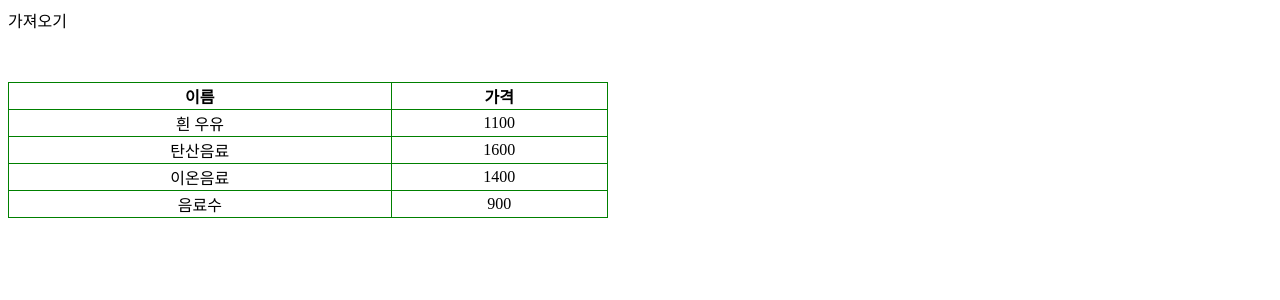
Repository: tjdwlsl/jspstudy
Page: http://localhost/JQuery_Ajax/02_ajax/ex04/ex02.jsp
The author's editor kept a copy of each file at every save. The page is drawn from the files as they stood at one save, then again after the next save.
The browser window is 1280 px wide. The pictures show the whole page.
After loading, the first visible `#btn` was clicked once.
The page is served by Tomcat 9. Other server files are loaded and not shown.

Above is the page before, as saved 2023-07-21 01:44:25.

### JQuery_Ajax/src/main/webapp/02_ajax/ex04/ex02.jsp
<%@ page language="java" contentType="text/html; charset=UTF-8"
    pageEncoding="UTF-8"%>
<!DOCTYPE html>
<html>
<head>
<meta charset="UTF-8">
<title>Insert title here</title>
<style type="text/css">
	table{
		width: 600px; margin-top: 50px; border-collapse: collapse;
	}
	table, th, td{
		border: 1px solid green; text-align: center;
	}
</style>
<%-- jQuery 라이브러리 CDN --%>
<script src="https://ajax.googleapis.com/ajax/libs/jquery/3.7.0/jquery.min.js"></script>
<script type="text/javascript">
$(document).ready(function(){
	$("#btn").on("click", function() {
		//클릭을 하면 계속 추가되는 현상을 방지 => 초기화
		$("#out").empty();
		var table = "<table>";
		table += "<thead><tr><th>이름</th><th>가격</th></tr></thead>";
		table += "<tbody>";

		// jQuery에서 (xml, html, txt) 가져오는 메서드 :.get()
		// jQuery에서 (xml, html, txt) 가져오는 메서드 :.getJSON()
		$.get("data01.xml", function(data) {

			$(data).find("product").each(function() {
				var name = $(this).find("name").text();
				var price = $(this).find("price").text();
				table += "<tr>";
				table += "<td>"+name+"</td>";
				table += "<td>"+price+"</td>";
				table += "</tr>";
			});
		table += "</tbody></table>";
		$("#out").append(table);
		});

	});
});
</script>
</head>
<body>
	<div id="btn">가져오기</div>
	<div id="out"></div>
</body>
</html>

### JQuery_Ajax/src/main/webapp/02_ajax/ex04/data01.xml
<?xml version="1.0" encoding="UTF-8"?>
<!--
	xml : 확장 마크업 언어
		사용자가 태그를 만들어서 사용
		DTD라는 xml문서의 구조 및 해당 문서에서 사용할 수 있는 적법한 요소 및 속성을 정의 한 것
		** xml은 루트 태그가 하나임
 -->
 <products>
 	<product>
 		<name>흰 우유</name>
 		<price>1100</price>
 	</product>
 	<product>
 		<name>탄산음료</name>
 		<price>1600</price>
 	</product>
 	<product>
 		<name>이온음료</name>
 		<price>1400</price>
 	</product>
 	<product>
 		<name>음료수</name>
 		<price>900</price>
 	</product>

 </products>

### JQuery_Ajax/src/main/webapp/02_ajax/ex04/data02.xml
<?xml version="1.0" encoding="UTF-8"?>
<!--
	xml : 확장 마크업 언어
		사용자가 태그를 만들어서 사용
		DTD라는 xml문서의 구조 및 해당 문서에서 사용할 수 있는 적법한 요소 및 속성을 정의 한 것
		** xml은 루트 태그가 하나임
 -->
 <products>
 	<product name="재네시스" count="5" />
 	<product name="카렌스" count="1" />
 	<product name="카니발" count="6" />
 	<product name="카스타" count="7" />
 	<product name="캐스퍼" count="4" />


 </products>

After the next save:
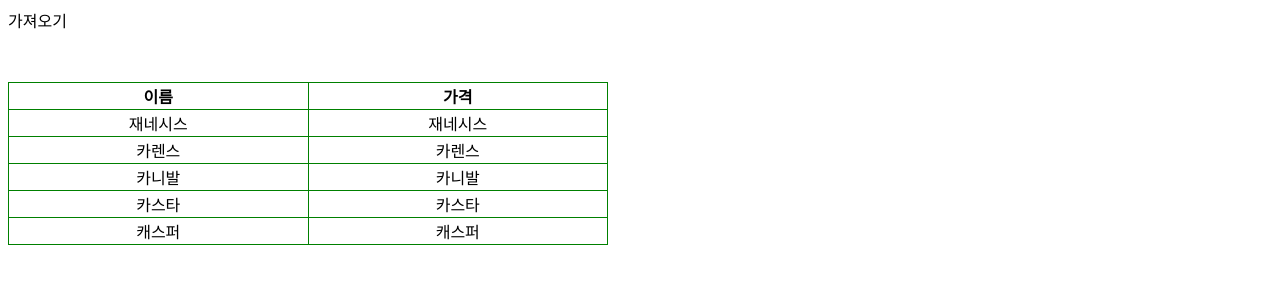
Saved 10 s later.
--- a/JQuery_Ajax/src/main/webapp/02_ajax/ex04/ex02.jsp
+++ b/JQuery_Ajax/src/main/webapp/02_ajax/ex04/ex02.jsp
@@ -26,20 +26,19 @@
 
 		// jQuery에서 (xml, html, txt) 가져오는 메서드 :.get()
 		// jQuery에서 (xml, html, txt) 가져오는 메서드 :.getJSON()
-		$.get("data01.xml", function(data) {
-
+		$.get("data02.xml", function(data) {
 			$(data).find("product").each(function() {
-				var name = $(this).find("name").text();
-				var price = $(this).find("price").text();
+				//태그 속성 추출 : attr("속성이름")
+				var name = $(this).attr("name");
+				var count = $(this).attr("name");
 				table += "<tr>";
-				table += "<td>"+name+"</td>";
-				table += "<td>"+price+"</td>";
+				table += "<td>"+ name + "</td>";
+				table += "<td>"+ count + "</td>";
 				table += "</tr>";
-			});
+		});
 		table += "</tbody></table>";
 		$("#out").append(table);
 		});
-
 	});
 });
 </script>
